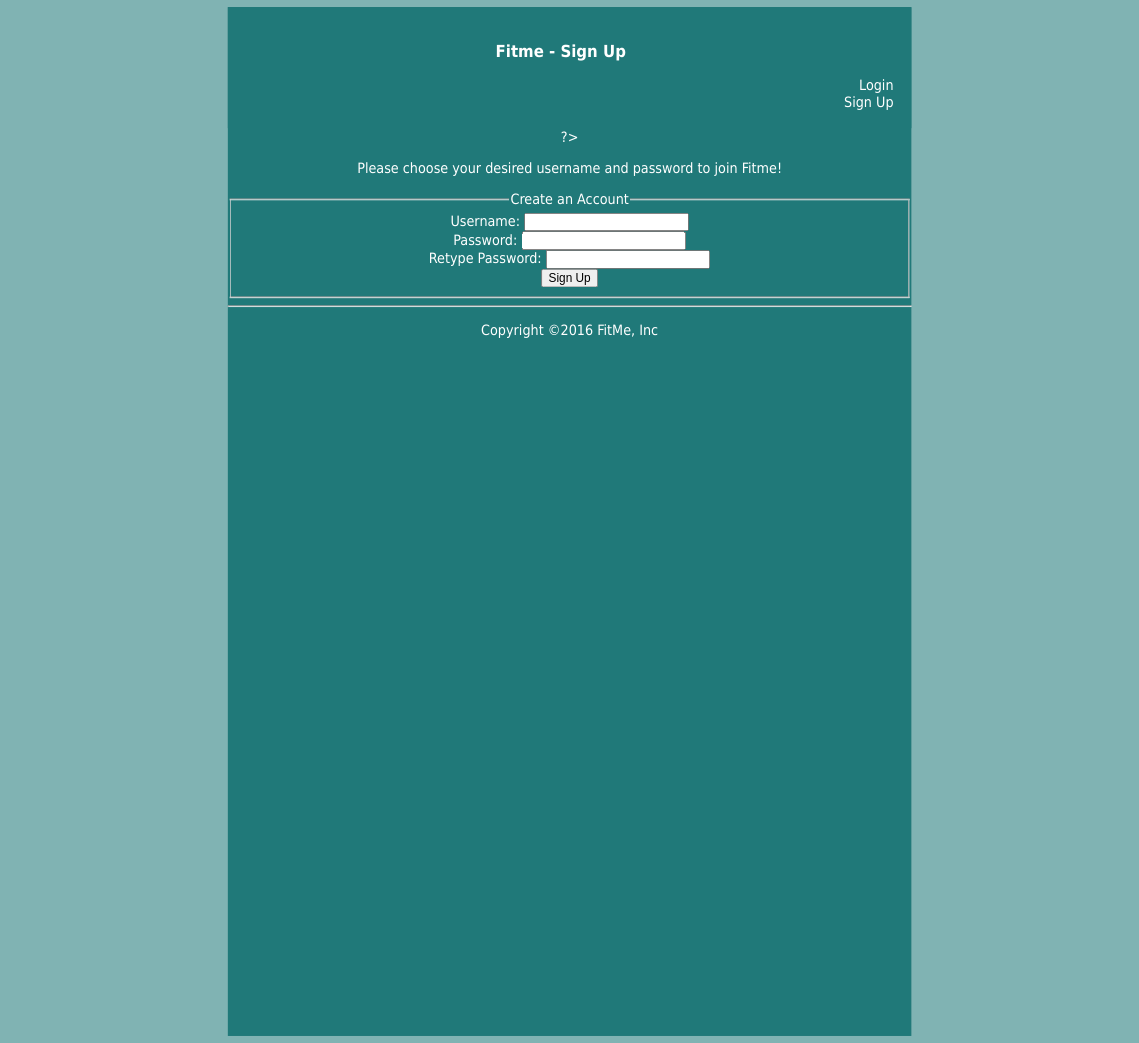
Repository: chelsea-g/PHP-MySQL
Page: http://localhost/projects/project02/signup.php
The author's editor kept a record of every edit. The page is drawn from the files as they stood at one moment, then again after the next edit.
The browser window is 1280 px wide. The pictures show the whole page, at 89% of full size.
The page is run by PHP 8.4 with error messages shown; the project is at /var/www/html/.

Above is the page before.

### projects/project02/signup.php
<?php

    //Start the session
    require_once('startsession.php');

    //Insert page header
    $page_title = 'Sign Up';
    require_once('header.php');

    //Implement scripts
    require_once('appvars.php');
    require_once('connectvars.php');

    //Display nav menu
    require_once('navmenu.php');

    //Connect to exercisedb
    $dbc = mysqli_connect(DB_HOST, DB_USER, DB_PASSWORD, DB_NAME);


    //The form has been submitted
    if (isset($_POST['submit'])) {

        //Get the sign up vars from the form
        $username = mysqli_real_escape_string($dbc, trim($_POST['username']));
        $password1 = mysqli_real_escape_string($dbc, trim($_POST['password1']));
        $password2 = mysqli_real_escape_string($dbc, trim($_POST['password2']));


        //Check that form is filled completely, and passwords match
        if (!empty($username) && !empty($password1) && !empty($password2) &&
                ($password1 == $password2)) {

            //Check that username is unique by searching for it in excercisedb
            $query = "SELECT username FROM exercise_user WHERE username = '$username'";

            //Run query
            $data = mysqli_query($dbc, $query);


            //The username is unique, insert new user data into database
            if (mysqli_num_rows($data) == 0) {

                $query = "INSERT INTO exercise_user (username, password, join_date) VALUES " .
                        "('$username', SHA('$password1'), NOW())";

                //Run query
                mysqli_query($dbc, $query);

                //Confirm account creation with user
                echo '<p>Your new account has been successfully created. You\'re now ready to log in and ' .
                        '<a href="editprofile.php">edit your profile</a>.</p>';

                //Close the exercisedb
                mysqli_close($dbc);

                //Exit script
                exit();


            //The username is not unique
            } else {

                echo '<p class="error">An account already exists for this username, ' .
                        'please try a different username.</p>';

                //Clear username so they can enter a new one
                $username = "";

            }

        //Form data missing, or passwords do not match
        } else {

            echo '<p class="error">Please check that username and both passwords are ' .
                    'entered, and that the passwords are identical.</p>';

        }

    }

    //Make sure database is closed
    mysqli_close($dbc);

?>


?>

<form method="post" action="<?php echo $_SERVER['PHP_SELF']; ?>">
  <p>
     Please choose your desired username and password to join Fitme! <br />

  </p>
  <fieldset>
    <legend>Create an Account</legend>
    <label for="username" class="form">Username:</label>
    <input type="text" class="form" name="username" id="username"
        value="<?php if(!empty($username)) echo $username; ?>"/><br />

    <label for="password1" class="form">Password:</label>
    <input type="password" class="form" name="password1" id="password2" /><br />


    <label for="password2" class="form">Retype Password:</label>
    <input type="password" class="form" name="password1" id="password2" /><br />

    <input type="submit" value="Sign Up" name="submit" />
  </fieldset>
</form>

<?php

require_once('footer.php');
?>

### projects/project02/startsession.php
<?php

    //Start the session
    session_start();

    //If the session vars aren't yet set, try to set them with a cookie
    if (!isset($_SESSION['user_id'])) {



        if (isset($_COOKIE['user_id']) && isset($_COOKIE['username'])) {

            $_SESSION['user_id'] = $_COOKIE['user_id'];
            $_SESSION['username'] = $_COOKIE['username'];

        }

    }

    //When a new session is started, make sure the message variable is empty
    if (!isset($_SESSION['message'])) {

        $_SESSION['message'] = "";

    }

?>

### projects/project02/header.php
<!-- PAGE HEADER -->

<!DOCTYPE html PUBLIC "-//W3C//DTD XHTML 1.0 Transitional//EN"
"http://www.w3.org/TR/xhtml1/DTD/xhtml1-transitional.dtd">
<html xmlns="http://www.w3.org/1999/xhtml" xml:lang="en" lang="en">

<head>

  <meta http-equiv="Content-Type" content="text/html; charset=utf-8" />

  <title>FitMe Exercise Logger - <?= $page_title ?></title>

    <link rel="stylesheet" type="text/css" href="style.css" />


</head>

<body>
<div class="main">

### projects/project02/appvars.php
<?php
  // Define application constants
  define('MM_UPLOADPATH', 'images/');
  define('MM_MAXFILESIZE', 32768);      // 32 KB
  define('MM_MAXIMGWIDTH', 220);        // 120 pixels
  define('MM_MAXIMGHEIGHT', 220);       // 120 pixels

?>

### projects/project02/connectvars.php
<?php
  // Define database connection constants
  define('DB_HOST', 'localhost');
  define('DB_USER', 'root');
  define('DB_PASSWORD', '');
  define('DB_NAME', 'exercisedb');
?>

### projects/project02/navmenu.php
<?php




    //Generate the nav menu
    echo '<div class="navmenu">';
    echo '<h3>Fitme - ' . $page_title . '</h3>';

    if(!isset($_SESSION['username'])) {

        echo '<a href="login.php">Login</a><br />';
        echo '<a href="signup.php">Sign Up</a>';

    } else {

        echo 'Hello  ' . $_SESSION['username'] . '!<br />';
        echo '<a href="index.php">Exercise Log</a><br />';
        echo '<a href="editprofile.php">Edit Profile</a><br />';
        echo '<a href="logout.php">Log Out<br />';

    }

    echo '</div>';

?>

### projects/project02/footer.php
<!-- PAGE FOOTER -->

  <hr />

  <p class="footer">Copyright &copy;2016 FitMe, Inc</p>

</div>
</body>
</html>

### projects/project02/style.css
.placeholder {
  display: none;

}

body {

    margin-right: 20%;
    margin-left: 20%;
    font-family: tahoma;
    color: white;
    background-color: #80b3b3;
    padding: 0%;

}

.main {

    padding-bottom: 100%;
    background-color: #207979;
    text-align: center;

}

h3 {
    text-align: center;
}

.standout {

    text-decoration: bold;

}

.navmenu {

    background-color: #207979;
    padding-right: 20px;
    padding-bottom: 20px;
    padding-top: 20px;
    text-align: right;

}

a {

    color: white;
    text-decoration: none;

}

a:hover {

    color: lightblue;


}


.generatecss_dot_com_table {
  margin: 36px;
  box-shadow: 10px 10px 20px 9px #809999;
  border: 2px solid #207979;
  -moz-border-radius-bottomleft: 2px;
  -webkit-border-bottom-left-radius: 2px;
  border-bottom-left-radius: 2px;
  -moz-border-radius-bottomright: 2px;
  -webkit-border-bottom-right-radius: 2px;
  border-bottom-right-radius: 2px;
  -moz-border-radius-topright: 2px;
  -webkit-border-top-right-radius: 2px;
  border-top-right-radius: 2px;
  -moz-border-radius-topleft: 2px;
  -webkit-border-top-left-radius: 2px;
  border-top-left-radius: 2px;
}

.generatecss_dot_com_table table {
  margin: 0px;
  padding: 0px;
  border-collapse: collapse;
  border-spacing: 0;
  width: 100%;
  height: 100%;
}

.generatecss_dot_com_table tr:last-child td:last-child {
  -moz-border-radius-bottomright: 2px;
  -webkit-border-bottom-right-radius: 2px;
  border-bottom-right-radius: 2px;
}

.generatecss_dot_com_table table tr:first-child td:first-child {
  -moz-border-radius-topleft: 2px;
  -webkit-border-top-left-radius: 2px;
  border-top-left-radius: 2px;
}

.generatecss_dot_com_table table tr:first-child td:last-child {
  -moz-border-radius-topright: 2px;
  -webkit-border-top-right-radius: 2px;
  border-top-right-radius: 2px;
}

.generatecss_dot_com_table tr:last-child td:first-child {
  -moz-border-radius-bottomleft: 2px;
  -webkit-border-bottom-left-radius: 2px;
  border-bottom-left-radius: 2px;
}

.generatecss_dot_com_table tr:nth-child(odd) {
  background-color: #ffffff;
}

.generatecss_dot_com_table tr:nth-child(even) {
  background-color: #ffffff;
}

.generatecss_dot_com_table td {
  vertical-align:middle;
  border:2px solid #207979;
  border-width: 0px 1px 1px 0px;
  text-align: left;
  padding: 2px;
  font-size: 12px;
  font-family: Tahoma;
  color: #609f9f;
}

.generatecss_dot_com_table tr:last-child td {
  border-width: 0px 1px 0px 0px;
}

.generatecss_dot_com_table tr td:last-child {
  border-width: 0px 0px 1px 0px;
}

.generatecss_dot_com_table tr:last-child td:last-child {
  border-width: 0px 0px 0px 0px;
}

.generatecss_dot_com_table tr:first-child td {
  background:-o-linear-gradient(bottom, #dfecec 5%, #dfecec 100%);
  background:-webkit-gradient(linear, left top, left bottom, color-stop(0.05, #dfecec), color-stop(1, #dfecec));
  background:-moz-linear-gradient(center top, #dfecec 5%, #dfecec 100%);
  filter:progid:DXImageTransform.Microsoft.gradient(startColorstr="#dfecec", endColorstr="#dfecec");
  background: -o-linear-gradient(top,#dfecec, #dfecec);
  background-color: #dfecec;
  border: 2px solid #207979;
  text-align: center;
  border-width: 0px 0px 1px 1px;
  font-size: 18px;
  font-family: Tahoma;
  color: #207979;
  font-weight: bold;

}

.generatecss_dot_com_table tr:first-child:hover td {
  background:-o-linear-gradient(bottom, #dfecec 5%, #dfecec 100%);
  background:-webkit-gradient(linear, left top, left bottom, color-stop(0.05, #dfecec), color-stop(1, #dfecec));
  background:-moz-linear-gradient(center top, #dfecec 5%, #dfecec 100%);
  filter:progid:DXImageTransform.Microsoft.gradient(startColorstr="#dfecec", endColorstr="#dfecec");
  background: -o-linear-gradient(top,#dfecec, #dfecec);
  background-color: #dfecec;
}

.generatecss_dot_com_table tr:first-child td:first-child {
  border-width: 0px 0px 1px 0px;
}

.generatecss_dot_com_table tr:first-child td:last-child {
  border-width: 0px 0px 1px 1px;
}

After the next edit:
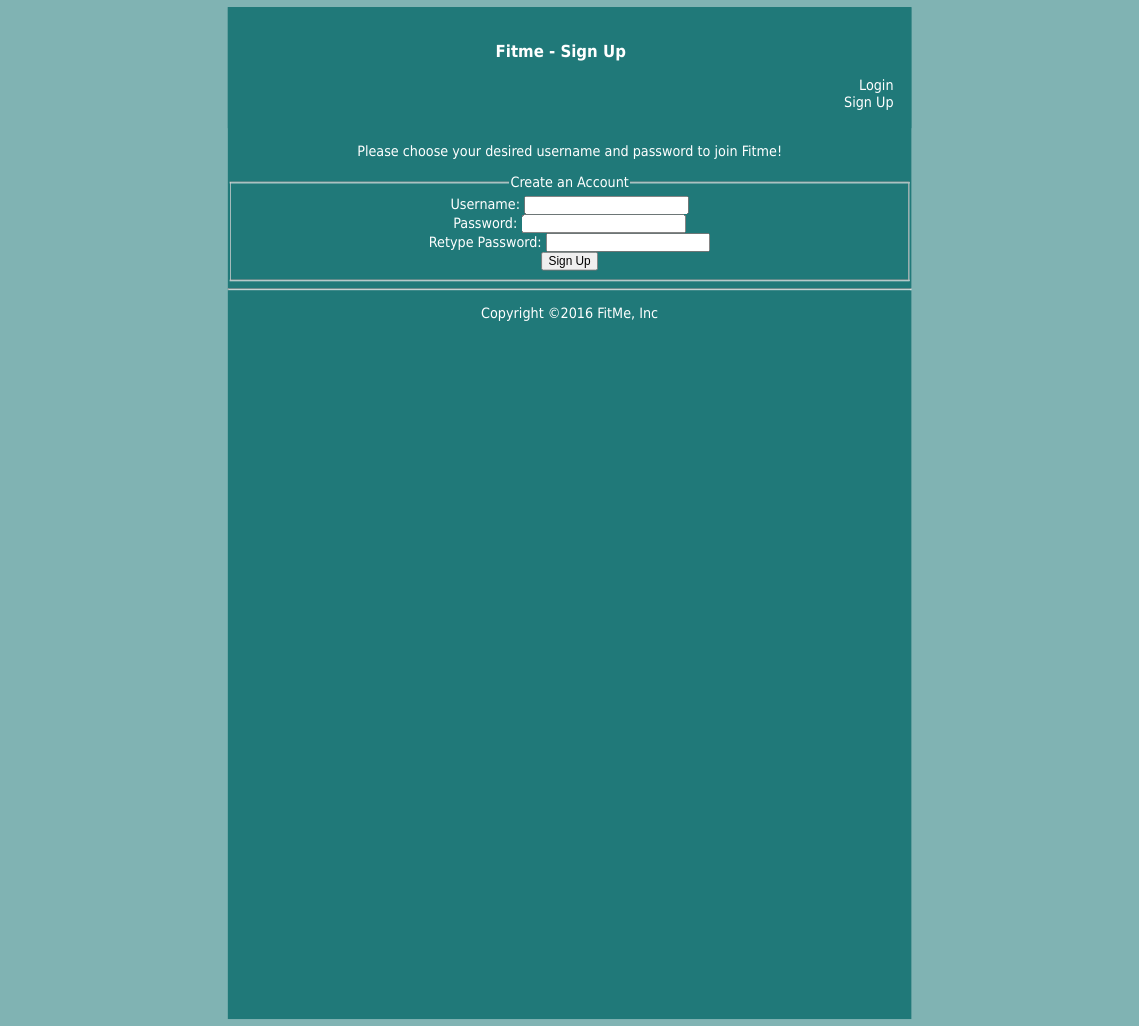
The edit:
--- a/projects/project02/signup.php
+++ b/projects/project02/signup.php
@@ -84,9 +84,6 @@
 
 ?>
 
-
-?>
-
 <form method="post" action="<?php echo $_SERVER['PHP_SELF']; ?>">
   <p>
      Please choose your desired username and password to join Fitme! <br />
